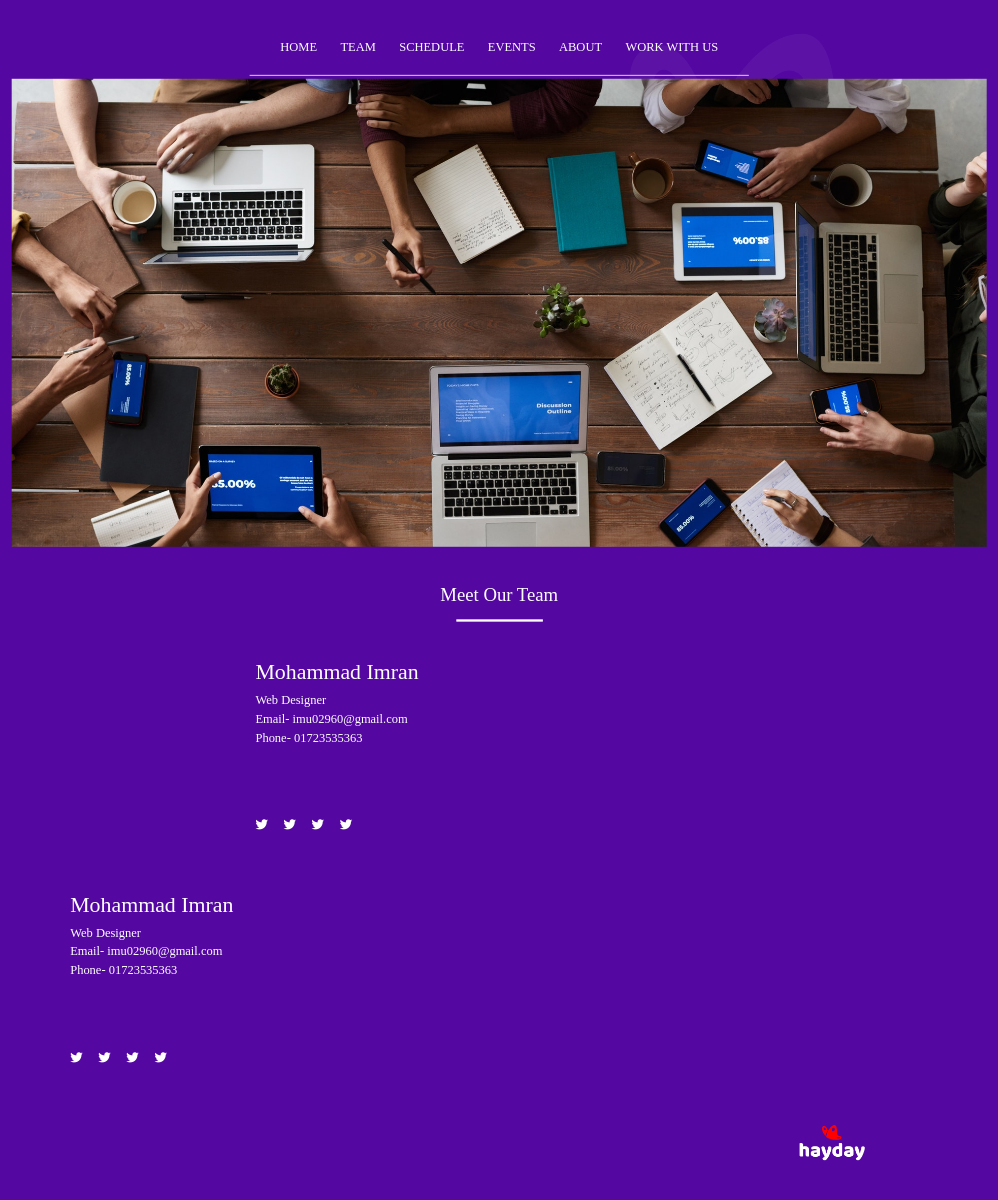
Repository: im1971/company-web
Page: team.html
An editor plug-in stored every save of this project. The page is shown before and after the next save, followed by the edit.
The browser window is 1280 px wide. The pictures show the whole page, at 78% of full size.
Some web fonts or font styles are not loaded; a fallback is used.

Above is the page before, as saved 2020-01-27 17:48:05.

### team.html
<!DOCTYPE html>
<html>

<head>
    <title>hayday</title>
    <link rel="shortcut icon" type="img/x-icon" href="img/fav.png" />
    <link rel="stylesheet" href="css/mdb.min.css">
    <link rel="stylesheet" href="css/bootstrap.min.css">
    <link rel="stylesheet" href="css/fontawesome.min.css">
    <link rel="stylesheet" href="css/all.min.css">
    <link rel="stylesheet" href="css/style.css">
    <!-- fonts -->
    <link href="https://fonts.googleapis.com/css?family=Baloo+Bhai&display=swap" rel="stylesheet">
    <!-- fonts -->

</head>

<body>

    <div class="wrap_hayday">
        <div class="back_img"></div>
        <div class="container-fluid">
            <div class="row justify-content-center pb-1">
                <div class="col-md-12">
                    <nav class="navbar navbar-expand-lg">
                        <button class="navbar-toggler" type="button" data-toggle="collapse" data-target="#navbarSupportedContent" aria-controls="navbarSupportedContent" aria-expanded="false" aria-label="Toggle navigation">
                          <span class="navbar-toggler-icon"></span>
                        </button>

                        <div class="collapse navbar-collapse" id="navbarSupportedContent">

                            <ul class="navbar-nav m-auto text-uppercase">
                                <li class="nav-item active">
                                    <a class="nav-link" href="index.html">Home</a>
                                </li>
                                <li class="nav-item">
                                    <a class="nav-link" href="team.html">Team</a>
                                </li>
                                <li class="nav-item">
                                    <a class="nav-link" href="#">SCHEDULE</a>
                                </li>
                                <li class="nav-item">
                                    <a class="nav-link" href="#">Events</a>
                                </li>
                                <li class="nav-item">
                                    <a class="nav-link" href="#">About</a>
                                </li>
                                <li class="nav-item">
                                    <a class="nav-link" href="workWithUs.html">Work With us</a>
                                </li>
                            </ul>
                        </div>
                    </nav>
                </div>
                <div class="col-md-6 border_deco pt-3"></div>
            </div>
            <div class="row justify-content-center team">
                <div class="col-md-12 grid">
                    <div class="team_image"></div>
                </div>
                <div class="col-md-12 mt-5">
                    <div class="container">
                        <h4 class="text-center">Meet Our Team</h4>
                        <hr class="custom_hr mb-5">
                        <div class="row team_deco mt-5">
                            <div class="col-md-6">
                                <div class="row">
                                    <div class="col-md-5 pr-0">
                                        <div class="team_member_image_1"></div>
                                    </div>
                                    <div class="col-md-7 pl-0">
                                        <div class="card-body">
                                            <h3>Mohammad Imran</h3>
                                            <p>Web Designer</p>
                                            <p>Email- imu02960@gmail.com</p>
                                            <p>Phone- 01723535363</p>
                                            <ul>
                                                <li><i class="fab fa-twitter"></i></li>
                                                <li><i class="fab fa-twitter"></i></li>
                                                <li><i class="fab fa-twitter"></i></li>
                                                <li><i class="fab fa-twitter"></i></li>
                                            </ul>
                                        </div>
                                    </div>
                                </div>
                            </div>
                        </div>
                        <div class="row team_deco mt-5">
                            <div class="col-md-6">
                                <div class="row">
                                    <div class="col-md-7 pl-0">
                                        <div class="card-body">
                                            <h3>Mohammad Imran</h3>
                                            <p>Web Designer</p>
                                            <p>Email- imu02960@gmail.com</p>
                                            <p>Phone- 01723535363</p>
                                            <ul>
                                                <li><i class="fab fa-twitter"></i></li>
                                                <li><i class="fab fa-twitter"></i></li>
                                                <li><i class="fab fa-twitter"></i></li>
                                                <li><i class="fab fa-twitter"></i></li>
                                            </ul>
                                        </div>
                                    </div>
                                    <div class="col-md-5 pr-0">
                                        <div class="team_member_image_2"></div>
                                    </div>
                                </div>
                            </div>
                        </div>
                    </div>
                </div>
            </div>
            <div class="row justify-content-end my-5">
                <div class="col-md-4 m-autp">
                    <div class="middle_body">
                        <div class="logo">
                            <img src="img/logo.png" alt="" style="height: 50px">
                        </div>
                        <!-- <p>Read about our Inspiration</p> -->
                    </div>
                </div>
            </div>
        </div>
    </div>
    </div>



    <!-- <script src="https://code.jquery.com/jquery-3.4.1.slim.min.js" integrity="sha384-J6qa4849blE2+poT4WnyKhv5vZF5SrPo0iEjwBvKU7imGFAV0wwj1yYfoRSJoZ+n" crossorigin="anonymous"></script>
    <script src="https://cdn.jsdelivr.net/npm/popper.js@1.16.0/dist/umd/popper.min.js" integrity="sha384-Q6E9RHvbIyZFJoft+2mJbHaEWldlvI9IOYy5n3zV9zzTtmI3UksdQRVvoxMfooAo" crossorigin="anonymous"></script>
    <script src="https://stackpath.bootstrapcdn.com/bootstrap/4.4.1/js/bootstrap.min.js" integrity="sha384-wfSDF2E50Y2D1uUdj0O3uMBJnjuUD4Ih7YwaYd1iqfktj0Uod8GCExl3Og8ifwB6" crossorigin="anonymous"></script> -->

    <script type="text/javascript" src="js/jquery.min.js"></script>
    <!-- Bootstrap tooltips -->
    <script type="text/javascript" src="js/popper.min.js"></script>
    <!-- Bootstrap core JavaScript -->
    <script type="text/javascript" src="js/bootstrap.min.js"></script>
    <!-- MDB core JavaScript -->
    <script type="text/javascript" src="js/mdb.min.js"></script>


</body>

</html>

### css/style.css
body {
    padding: 0;
    margin: 0;
    background: #5407A1 !important;
    color: #fff !important;
    font-family: 'Baloo Bhai', cursive;
    position: relative;
}


/* global */

html {
    overflow: scroll;
    overflow-x: hidden;
}

::-webkit-scrollbar {
    width: 0px;
    /* Remove scrollbar space */
    background: transparent;
    /* Optional: just make scrollbar invisible */
}


/* Optional: show position indicator in red */

::-webkit-scrollbar-thumb {
    background: #FF0000;
}


/* global */

.back_img {
    background-image: url(../img/back.png);
    height: 350px;
    width: 600px;
    position: absolute;
    background-position: center center;
    background-size: cover;
    opacity: 5%;
    /* top: 30%; */
    right: 0;
}


/* header */

.wrap_hayday .navbar {
    box-shadow: none;
}

.wrap_hayday .container-fluid {
    min-height: 100vh;
}

.wrap_hayday nav .nav-link {
    padding-right: 15px !important;
    padding-left: 15px !important;
    color: #fff;
    font-family: 'Baloo Bhai', cursive;
}

.wrap_hayday .border_deco {
    border-bottom: .25px solid #fff;
}

.wrap_hayday nav .nav-link:hover {
    color: #FF0000;
    transition-duration: 0.5s;
}

.wrap_hayday .navbar {
    padding: 40px;
    padding-bottom: 0;
}


/* header */


/* middle body */

.wrap_hayday .middle_body {
    text-align: center;
}

.wrap_hayday .middle_body .logo img {
    /* background-image: url(logo.png); */
    height: 100px;
}

.wrap_hayday .others_page_middle {
    text-align: center;
    position: absolute;
    right: 30px;
    bottom: 0;
}

.wrap_hayday .others_page_middle img {
    height: 70px;
}


/* middle body */


/* footer-body */

.myprogress {
    min-width: 100%;
    margin: 0px auto;
    text-align: center;
}

.myprogress .circle {
    display: inline-block;
    background: #fff;
    width: 50px;
    height: 50px;
    border-radius: 80px;
    border: 1px solid #d5d5da;
    cursor: pointer;
}

.myprogress .circle:hover {
    background: #FF0000;
    color: #5407A1;
    transition-duration: 0.5s;
}

.myprogress .bar {
    position: relative;
    width: 100px;
    padding-right: 15px;
    font-family: none;
    /* height: 2px; */
    /* top: 10px; */
    /* border: 0px solid #fff; */
}

.myprogress .circle .label {
    display: inline-block;
    width: 40px;
    height: 40px;
    line-height: 30px;
    border-radius: 40px;
    font-size: 24px;
}

.myprogress .circle .title {
    color: #5407A1;
    font-size: 24px;
    line-height: 50px;
    cursor: pointer;
}

.myprogress .circle .title:hover {
    color: #fff;
}

.myprogress i {
    font-size: 11px;
}

.myprogress .abc {
    animation: pulse 1s infinite;
    color: #FF0000;
}

.myprogress .pulse {
    -webkit-animation-duration: 3s;
    -webkit-animation-delay: 2s;
    -webkit-animation-iteration-count: 5;
}


/* footer-body */


/* about hayday */

.accordion .card-header {
    padding: 0;
    background: #5407A1;
    margin-bottom: 0;
}

.accordion .card-header .btn-link {
    color: #fff;
    padding: 0;
}

.accordion .card {
    border: none;
    border-radius: 0;
}

.accordion i {
    position: absolute;
    right: 10px;
    top: 5px;
}

.accordion p {
    color: #000;
    font-family: serif;
    font-size: 15px;
}

.accordion h4 {
    color: #000;
    font-family: serif;
    font-weight: 700 !important;
    font-size: 22px;
}


/* about hayday */


/* work with us */

.outreach table.table th,
table.table td {
    padding: 3px 20px;
    color: #fff;
    border: none;
    font-family: auto;
}


/* work with us */


/* team */

.team .team_image {
    background-image: url(../img/team/team-back.jpg);
    height: 600px;
    background-position: center center;
    background-size: cover;
}

.team_deco .team_member_image {
    background-image: url(../img/team/management/imran.jpg);
    height: 250px;
    background-size: cover;
    /* width: 200px; */
}

.team_deco .card-body {
    color: #fff;
    font-family: auto;
    height: 250px;
    padding-top: 0;
}

.team_deco p {
    margin-bottom: 0;
}

.team_deco ul {
    padding-left: 0;
    margin-bottom: 0;
    display: flex;
    list-style-type: none;
    position: absolute;
    bottom: 10%;
    color: #fff;
}

.team_deco ul li {
    padding-right: 20px;
}

.team .custom_hr {
    border-top: 3px solid #fff !important;
    width: 10% !important;
}


/* team */

.sponsor_footer p {
    font-family: auto;
    font-size: 14px;
}

.sponsor_footer p b {
    color: #FF0000;
}

Loaded but not shown: css/mdb.min.css (library); css/bootstrap.min.css (library); css/fontawesome.min.css (library); css/all.min.css (library); js/jquery.min.js (library); js/popper.min.js (library); js/bootstrap.min.js (library); js/mdb.min.js (library)

After the next save:
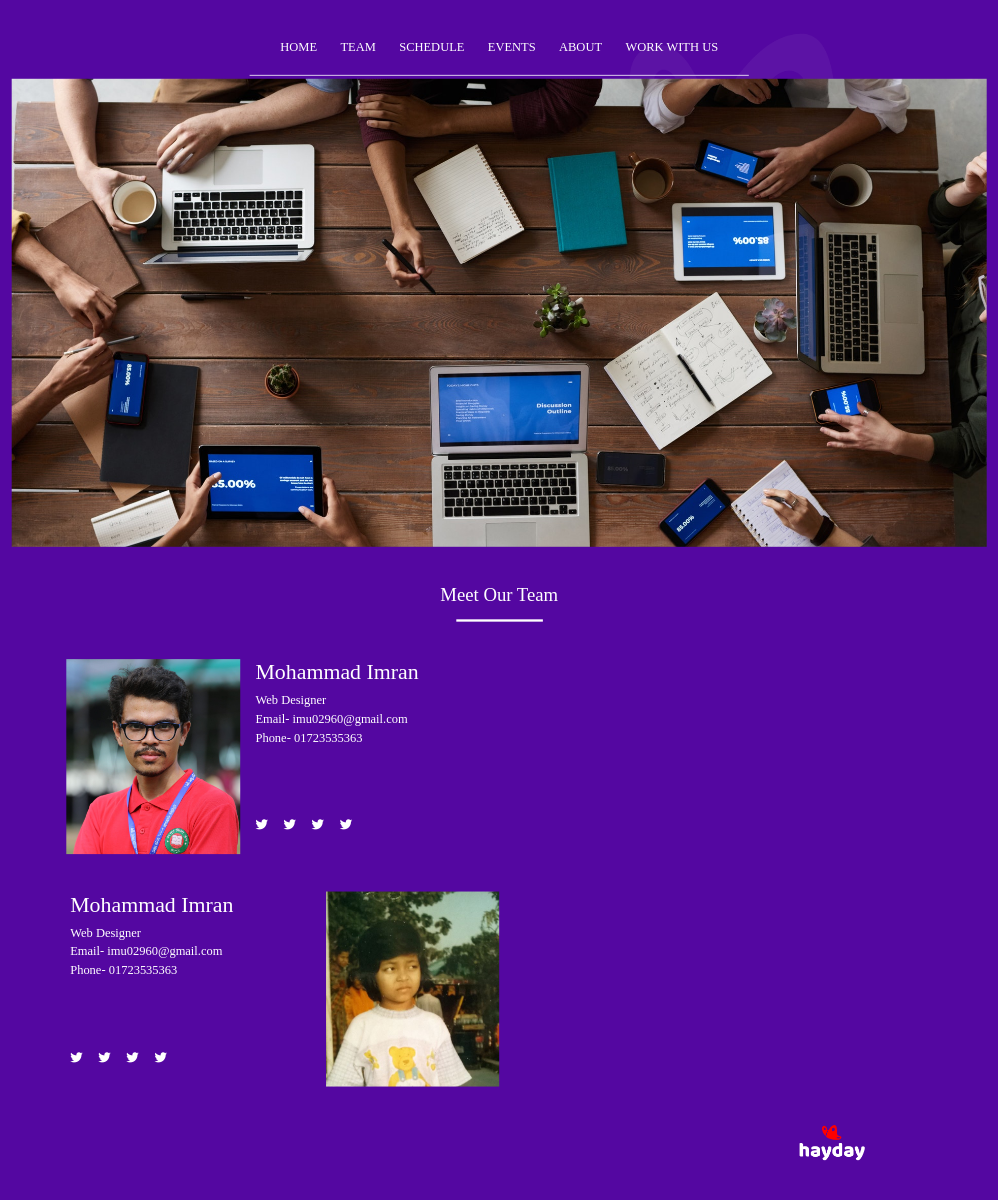
Saved 1 s later.
--- a/css/style.css
+++ b/css/style.css
@@ -243,11 +243,16 @@ table.table td {
     background-size: cover;
 }
 
-.team_deco .team_member_image {
+.team_deco .team_member_image_1 {
     background-image: url(../img/team/management/imran.jpg);
     height: 250px;
     background-size: cover;
-    /* width: 200px; */
+}
+
+.team_deco .team_member_image_2 {
+    background-image: url(../img/team/management/dipty.jpg);
+    height: 250px;
+    background-size: cover;
 }
 
 .team_deco .card-body {
